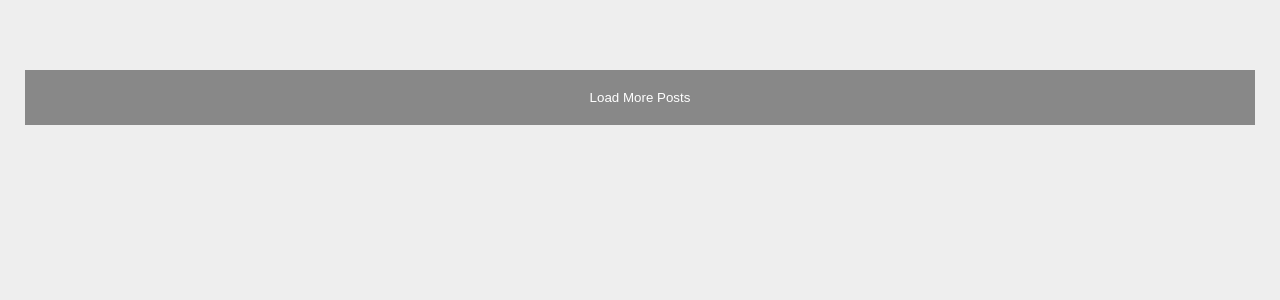
Repository: anderfmelo/temp-repo
Page: /
The author's editor kept a copy of each file at every save. The page is drawn from the files as they stood at one save, then again after the next save.
The browser window is 1280 px wide. The pictures show the whole page.
The page's requests for data from a server got no answer. The project was rebuilt for these pictures with package versions that can differ from the ones it lists, and the page was loaded fresh each time. No one was signed in, and anything a server would have sent is missing. Also part of the build but not shown: src/components/PostCard/styles.css, src/components/PostCard/index.jsx.

Above is the page before, as saved 2022-04-20 12:25:34.

After the next save:
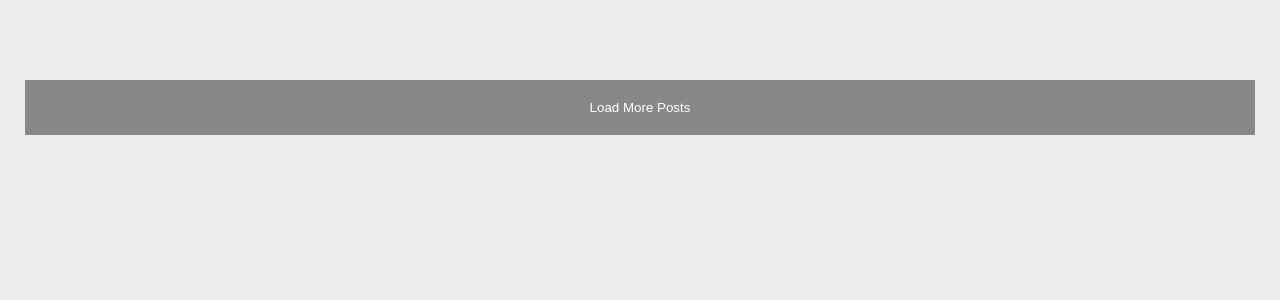
Saved 7 s later.
--- a/src/templates/Home/styles.css
+++ b/src/templates/Home/styles.css
@@ -5,7 +5,7 @@
 }
 
 .button-container {
-  min-height: 100px;
+  min-height: 110px;
   display: flex;
   align-items: flex-end;
 }
